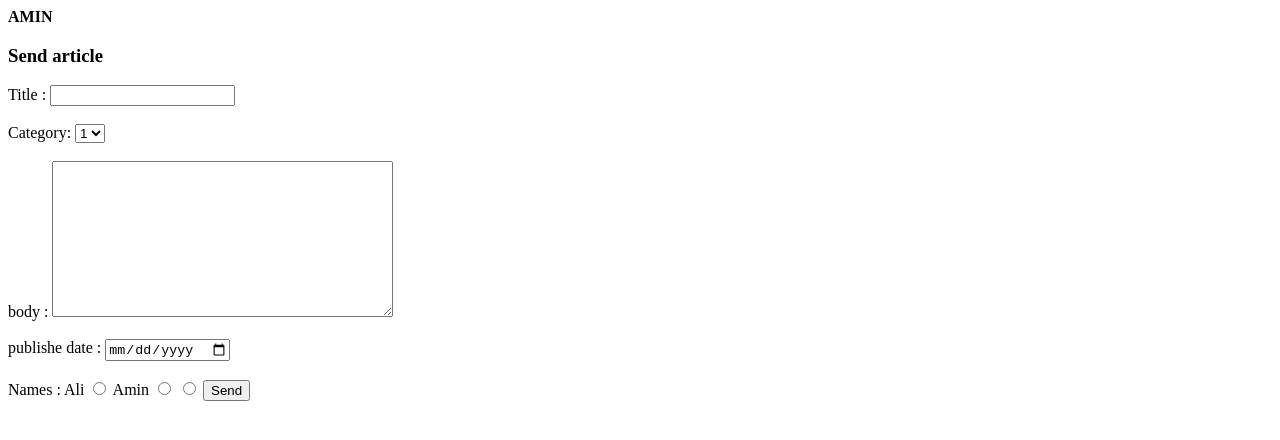
Repository: aminsheikhan/amins-github
Page: index.html
These files come from the project's save history. The page is drawn as it stood at one moment and after the next save; the edit follows.
The browser window is 1280 px wide. The pictures show the whole page.

Above is the page before, as saved 2025-12-10 13:10:12.

After the next save:
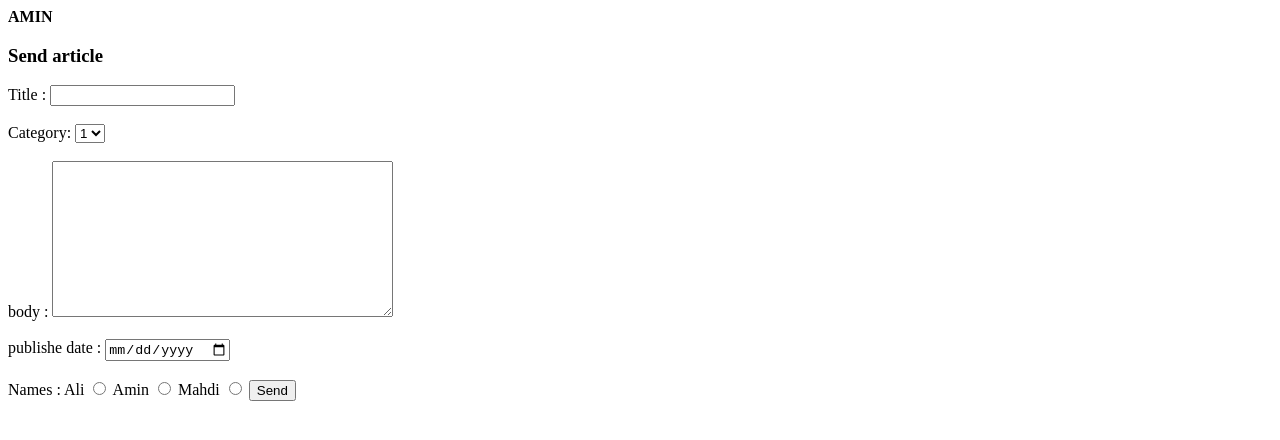
Saved 5 s later.
--- a/index.html
+++ b/index.html
@@ -90,7 +90,7 @@
             <label>Amin</label>
             <input type="radio">
 
-            <label></label>
+            <label>Mahdi</label>
             <input type="radio">
 
             <button type="submit">Send</button>
